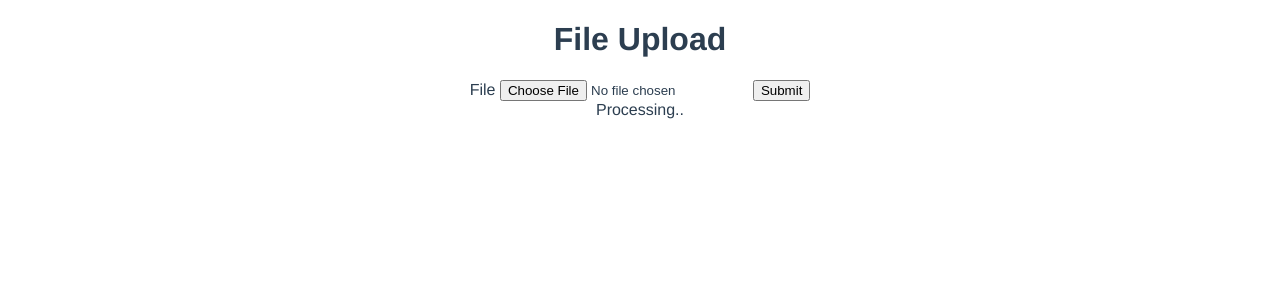
Repository: rockeycse/file-upload-front
Page: /
The author's editor kept a copy of each file at every save. The page is drawn from the files as they stood at one save, then again after a run of saves.
The browser window is 1280 px wide. The pictures show the whole page.
The project was rebuilt for these pictures with package versions that can differ from the ones it lists, and the page was loaded fresh each time. Also part of the build but not shown: src/components/ProgressPage.vue.

Above is the page before, as saved 2021-06-28 20:27:29.

### src/App.vue
<template>
  <!-- <script src="path/to/vue.js"></script>
  <script src="path/to/vue-simple-progress.js"></script> -->
  <div id="">
    <!-- <router-link to="/">Home</router-link> |
    <router-link to="/about">About</router-link> -->
    <!-- <h1>hello</h1> -->
    <div v-if="!isSummit && progressStatus == false">
      <file-upload @batchDetails="getBatchData"></file-upload>
    </div>
    <div v-if="progressStatus == true">
      <h1>Processing...</h1>
    </div>

    <div v-if="null != progressData.id">
      <h1>Progress ({{ progressData.progress }}%)</h1>
      <!-- <progress-page></progress-page> -->
    </div>
  </div>
  <!-- <router-view/> -->
</template>

<script>
import axios from "axios";
import FileUpload from "./components/FileUpload.vue";
import ProgressPage from "./components/ProgressPage.vue";
// import ProgressBar from  'vue-simple-progress'

export default {
  data() {
    return {
      loading: true,
      batchDetails: [],
      batchId: null,
      isSummit: false,
      progressData: [],
      progressStatus: false,
      progress: 0
    };
  },
  components: {
    FileUpload,
    ProgressPage
    // ProgressBar,
    // Inventory,
  },
  methods: {
    getBatchData(batchData) {
      this.batchDetails = batchData;
      this.batchId = this.batchDetails.id;
      console.log("test getBatchData "+this.batchId);
      this.progressInfo(this.batchId);
    },
    getProgress() {
      // console.log(this.batchData.id);

          axios
            .get(`http://127.0.0.1:8000/api/batch/in-progress`)
            .then(response => {
              // console.log(response.data.progress);
              // this.isSummit = true;
              this.progressData = response.data;

              if (response.data.progress > 0) {
                this.progressStatus = true;
                this.isSummit = true;
              }
            });

    },
    progressInfo(value) {
      setInterval(

        function() {
          console.log("test progressInfo "+value);
          // if (!this.batchId) {
            this.getProgress();
          // }
        }.bind(this),
        3000
      );
    }
  },
  created() {
    // this.progressInfo(this.batchId);
    // this.getProgress();
  }
};
</script>

<style lang="scss">
#app {
  font-family: Avenir, Helvetica, Arial, sans-serif;
  -webkit-font-smoothing: antialiased;
  -moz-osx-font-smoothing: grayscale;
  text-align: center;
  color: #2c3e50;
}

#nav {
  padding: 30px;

  a {
    font-weight: bold;
    color: #2c3e50;

    &.router-link-exact-active {
      color: #42b983;
    }
  }
}
</style>

### src/store/index.js
import { createStore } from 'vuex'

export default createStore({
    state: {
        batchDetails: [],
        //   progressDetails: [],
    },
    mutations: {},
    actions: {},
    modules: {}
})

### src/components/FileUpload.vue
<template>
  <div class="container">
    <div class="row mb-4">
      <h1>File Upload</h1>
    </div>
    <div v-if="!isProcessing" class="large-12 medium-12 small-12 cell">
      <label
        >File
        <input
          type="file"
          id="file"
          ref="file"
          v-on:change="handleFileUpload()"
        />
      </label>
      <button v-on:click.prevent="submitFile()">Submit</button>
    </div>
    <div>Processing..</div>
  </div>
</template>

<script>
import axios from "axios";
// import ProgressBar from "vue-simple-progress";
export default {
  // components: {
  //   ProgressBar,
  // },
  data() {
    return {
      file: "",
      isProcessing: false
      // batchDetails: [],
      // progressDetails: [],
    };
  },
  methods: {
    handleFileUpload() {
      this.file = this.$refs.file.files[0];
    },
    submitFile() {
      let formData = new FormData();
      this.isProcessing = true;
      formData.append("mycsv", this.file);
      console.log(formData);
      axios
        .post("http://127.0.0.1:8000/api/upload", formData, {
          headers: {
            "Content-Type": "multipart/form-data",
          },
        })
        .then((response) => {
          // console.log(response.data.id);
          // this.batchDetails = response.data;
          // if (this.batchDetails.id != null) {
            this.$emit('batchDetails',response.data);
            // this.$emit('iSubmit',1);
          // }
          // console.log(this.batchDetails.id);
        });
    },

  },

};
</script>

<!-- Add "scoped" attribute to limit CSS to this component only -->
<style scoped>
h3 {
  margin: 40px 0 0;
}
ul {
  list-style-type: none;
  padding: 0;
}
li {
  display: inline-block;
  margin: 0 10px;
}
a {
  color: #42b983;
}
</style>

Loaded but not shown: public/index.html (common file); src/main.js (common file); src/router/index.js (common file)

After the next 2 saves:
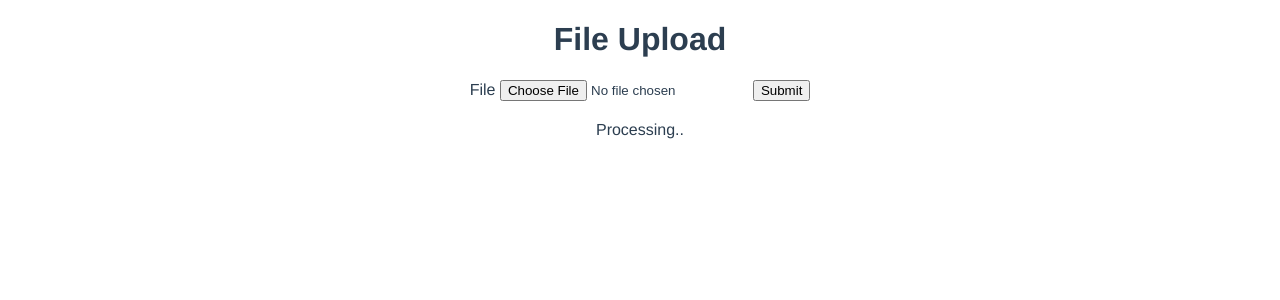
The 2 saves are shown as one change because they came seconds apart.
The last was saved 6 s later.
--- a/src/components/FileUpload.vue
+++ b/src/components/FileUpload.vue
@@ -15,7 +15,7 @@
       </label>
       <button v-on:click.prevent="submitFile()">Submit</button>
     </div>
-    <div>Processing..</div>
+    <div><h2></h2>Processing..</div>
   </div>
 </template>
 
